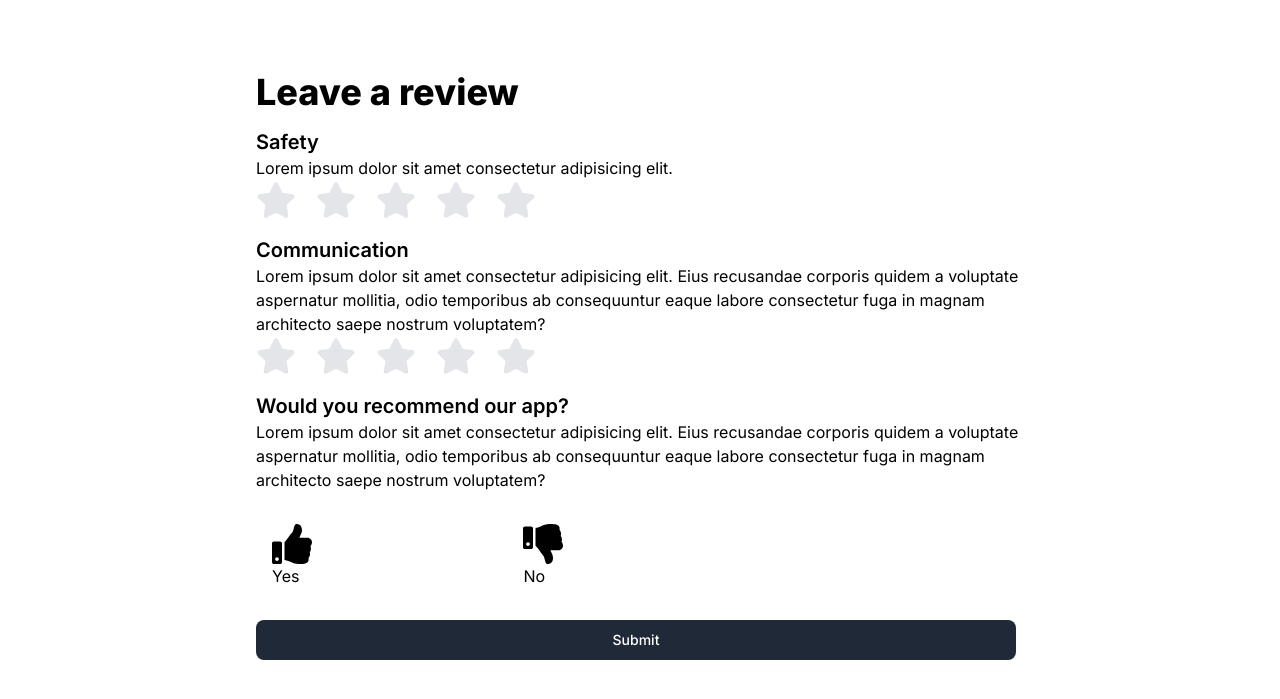
Repository: akankshaajoshi/review-form
Page: /review
An editor plug-in stored every save of this project. The page is shown before and after the next save, followed by the edit.
The browser window is 1280 px wide. The pictures show the whole page.
The project was rebuilt for these pictures with package versions that can differ from the ones it lists, and the page was loaded fresh each time. The framework's server and built-in components were replaced by stand-ins that run in the browser. Also part of the build but not shown: next.config.mjs.

Above is the page before, as saved 2024-05-25 13:27:19.

After the next save:
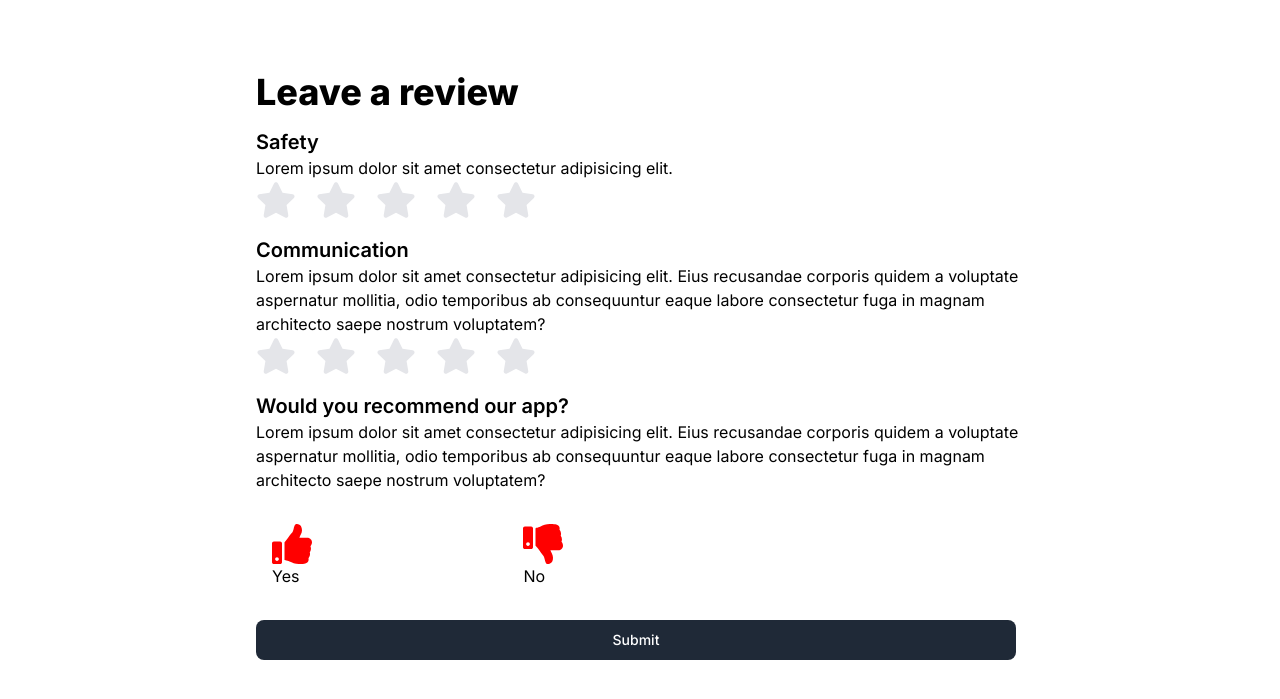
Saved 46 s later.
--- a/app/_components/TrueOrFalse/index.tsx
+++ b/app/_components/TrueOrFalse/index.tsx
@@ -17,6 +17,7 @@ const TrueOrFalse : React.FC<TrueOrFalseProps> = ({name}) =>{
             >
             </input>
             <FaThumbsUp size={40}
+            color={selected==='true'? "#00ff00": "#ff0000"}
             ></FaThumbsUp>
             Yes
           </label>
@@ -27,6 +28,7 @@ const TrueOrFalse : React.FC<TrueOrFalseProps> = ({name}) =>{
             onClick={()=>setSelected("false")}>
             </input>
             <FaThumbsDown className="star" size={40}
+                        color={selected==='true'? "#00ff00": "#ff0000"}
             ></FaThumbsDown>
             No
           </label>
